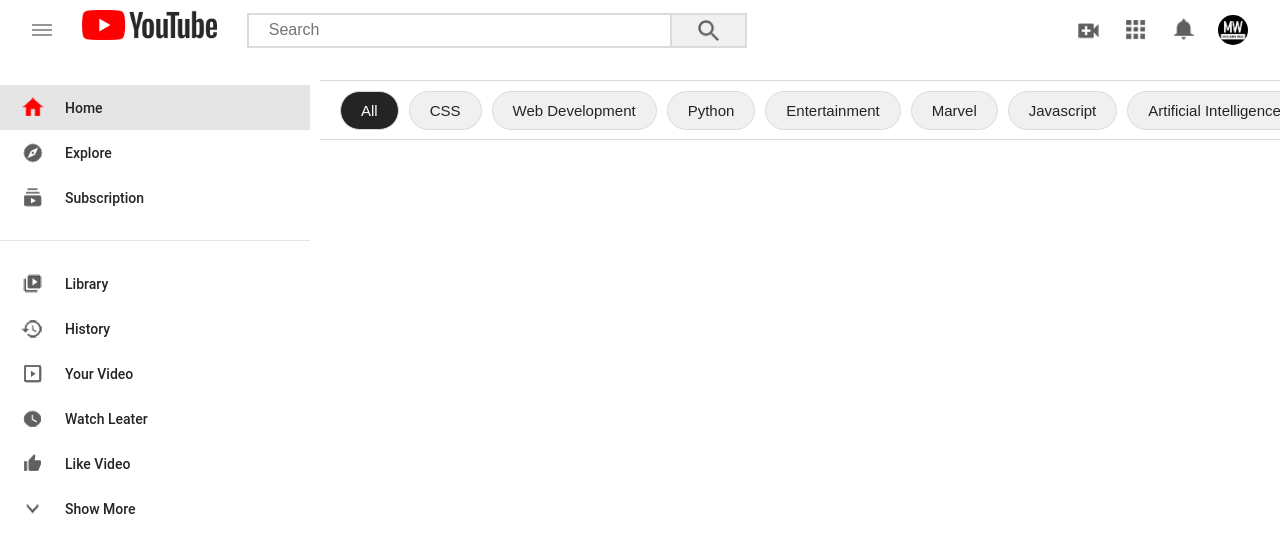
Repository: ds-mbappe/YouTube-Clone-UI
Page: index.html
These files come from the project's save history. The page is drawn as it stood at one moment and after the next save; the edit follows.
The browser window is 1280 px wide. The pictures show the whole page.
The page's requests for data from a server got no answer.

Above is the page before, as saved 2021-08-03 00:10:34.

After the next save:
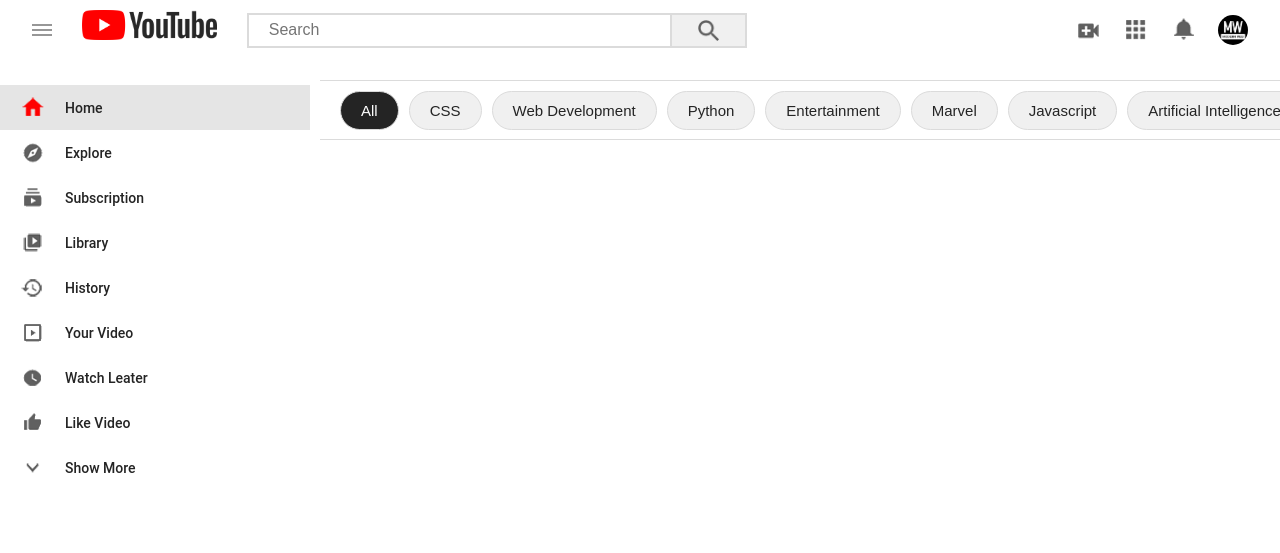
Saved 33 s later.
--- a/index.html
+++ b/index.html
@@ -32,7 +32,6 @@
         <a href="#" class="links active"><img src="img/home.PNG" alt="">home</a>
         <a href="#" class="links"><img src="img/explore.PNG" alt="">explore</a>
         <a href="#" class="links"><img src="img/subscription.PNG" alt="">subscription</a>
-        <hr class="seperator">
         <a href="#" class="links"><img src="img/library.PNG" alt="">library</a>
         <a href="#" class="links"><img src="img/history.PNG" alt="">history</a>
         <a href="#" class="links"><img src="img/your-video.PNG" alt="">your video</a>

After the save that followed:
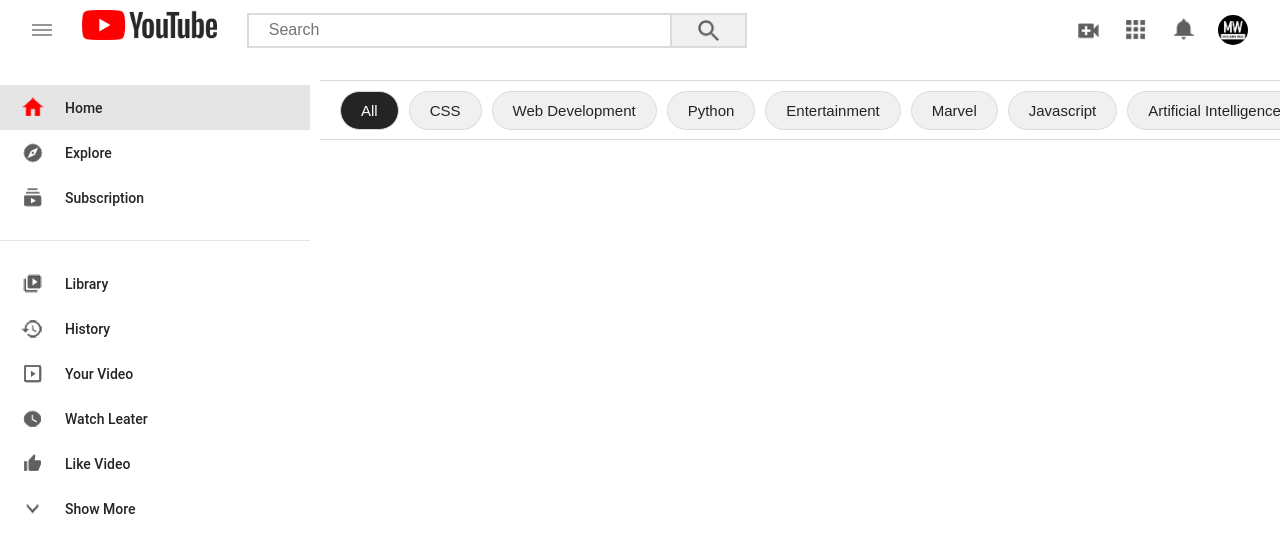
Saved 4 s later.
--- a/index.html
+++ b/index.html
@@ -32,6 +32,7 @@
         <a href="#" class="links active"><img src="img/home.PNG" alt="">home</a>
         <a href="#" class="links"><img src="img/explore.PNG" alt="">explore</a>
         <a href="#" class="links"><img src="img/subscription.PNG" alt="">subscription</a>
+        <hr class="seperator">
         <a href="#" class="links"><img src="img/library.PNG" alt="">library</a>
         <a href="#" class="links"><img src="img/history.PNG" alt="">history</a>
         <a href="#" class="links"><img src="img/your-video.PNG" alt="">your video</a>
